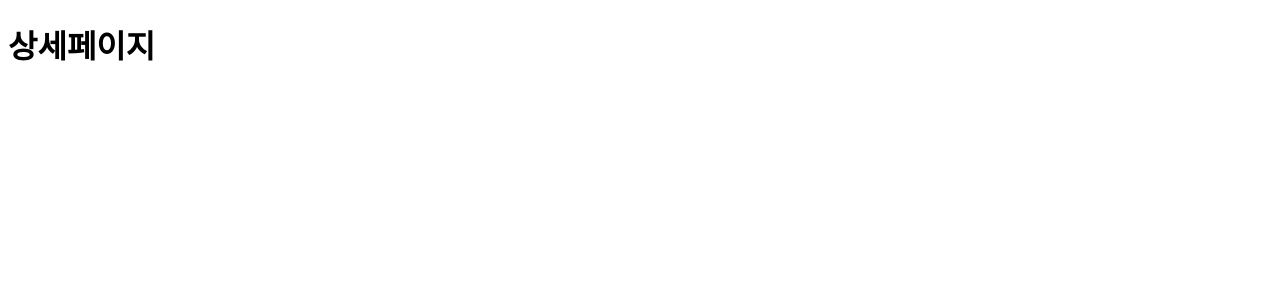
Repository: kwakjaeyeon/webWorkspace
Page: http://localhost/web08/emp/detail.jsp
An editor plug-in stored every save of this project. The page is shown before and after a run of saves, followed by the edit.
The browser window is 1280 px wide. The pictures show the whole page.
The page is served by Tomcat 9. Queries for data that is not in the repository find no rows.

Above is the page before, as saved 2020-07-08 02:51:10.

After the next 2 saves:
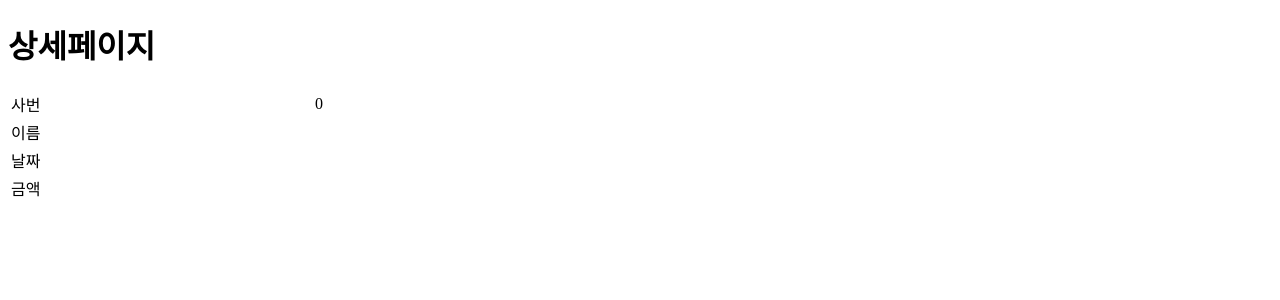
The 2 saves are shown as one change because 1 did not build or start.
The last was saved 2 min 24 s later.
--- a/web08/WebContent/emp/detail.jsp
+++ b/web08/WebContent/emp/detail.jsp
@@ -31,6 +31,26 @@ try{
 
 <body>
 	<h1>상세페이지</h1>
+	<table width="800">
+		<tr>
+			<td width="300">사번</td>
+			<td><jsp:getProperty property="sabun" name="bean"/></td>
+		</tr>
+		<tr>
+			<td>이름</td>
+			<td></td>
+		</tr>
+		<tr>
+			<td>날짜</td>
+			<td></td>
+		</tr>
+		<tr>
+			<td>금액</td>
+			<td></td>
+		</tr>
+
+
+	</table>
 
 
 </body>
